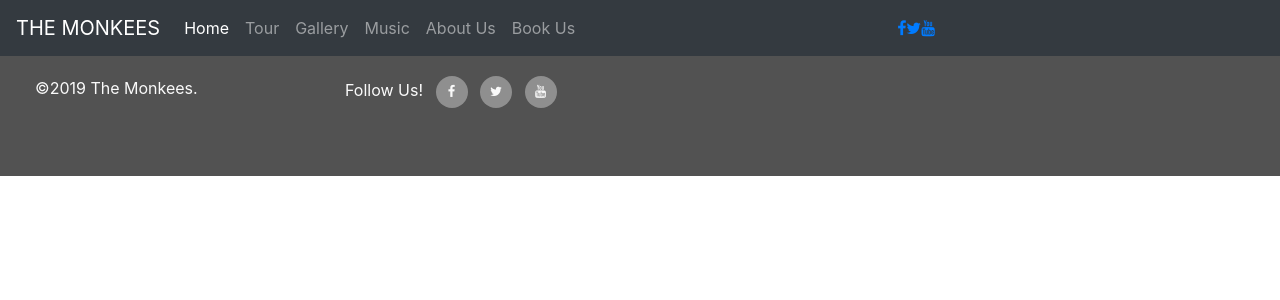
Repository: ClaraBausson/milestone_project_1
Page: index.html
The author's editor kept a record of every edit. The page is drawn from the files as they stood at one moment, then again after the next edit.
The browser window is 1280 px wide. The pictures show the whole page.
Some web libraries are served in a nearby version.

Above is the page before.

### index.html
<!DOCTYPE html>
<html lang="en">

<head>
    <meta charset="UTF-8">
    <meta name="viewport" content="width=device-width, initial-scale=1.0">
    <meta http-equiv="X-UA-Compatible" content="ie=edge">

    <title>The Monkees | Home</title>

    <!-------------------------- CSS links ------------------------------------>
    <script src="https://code.jquery.com/jquery-3.3.1.slim.min.js" integrity="sha384-q8i/X+965DzO0rT7abK41JStQIAqVgRVzpbzo5smXKp4YfRvH+8abtTE1Pi6jizo" crossorigin="anonymous"></script>
    <script src="https://cdnjs.cloudflare.com/ajax/libs/popper.js/1.14.7/umd/popper.min.js" integrity="sha384-UO2eT0CpHqdSJQ6hJty5KVphtPhzWj9WO1clHTMGa3JDZwrnQq4sF86dIHNDz0W1" crossorigin="anonymous"></script>
    <link rel="stylesheet" href="https://stackpath.bootstrapcdn.com/bootstrap/4.3.1/css/bootstrap.min.css" integrity="sha384-ggOyR0iXCbMQv3Xipma34MD+dH/1fQ784/j6cY/iJTQUOhcWr7x9JvoRxT2MZw1T" crossorigin="anonymous">
    <script src="https://stackpath.bootstrapcdn.com/bootstrap/4.3.1/js/bootstrap.min.js" integrity="sha384-JjSmVgyd0p3pXB1rRibZUAYoIIy6OrQ6VrjIEaFf/nJGzIxFDsf4x0xIM+B07jRM" crossorigin="anonymous"></script>

    <link rel="stylesheet" href="https://stackpath.bootstrapcdn.com/font-awesome/4.7.0/css/font-awesome.min.css" type="text/css" />
    <link rel="stylesheet" href="https://cdnjs.cloudflare.com/ajax/libs/hover.css/2.1.1/css/hover-min.css" type="text/css" />
    <link rel="stylesheet" href="css/main.css" type="text/css" />
</head>

<body>
    <!------------------------ NAVBAR/HEADER ---------------------------------->
    <header class="header">

        <nav class="navbar navbar-expand-lg navbar-dark bg-dark">
            <button class="navbar-toggler" type="button" data-toggle="collapse" data-target="#navbarToggler" aria-controls="navbarToggler" aria-expanded="false" aria-label="Toggle navigation"><span class="navbar-toggler-icon"></span></button>
            <a class="navbar-brand uppercase-text header-text" href="#">The Monkees</a>

            <div class="collapse navbar-collapse" id="navbarToggler">
                <ul class="navbar-nav mr-auto mt-2 mt-lg-0">
                    <li class="nav-item active">
                        <a class="nav-link subheader-text" href="#">Home</a>
                    </li>
                    <li class="nav-item">
                        <a class="nav-link subheader-text" href="#">Tour</a>
                    </li>
                    <li class="nav-item">
                        <a class="nav-link subheader-text" href="#">Gallery</a>
                    </li>
                    <li class="nav-item">
                        <a class="nav-link subheader-text" href="#">Music</a>
                    </li>
                    <li class="nav-item">
                        <a class="nav-link subheader-text" href="#">About Us</a>
                    </li>
                    <li class="nav-item">
                        <a class="nav-link subheader-text" href="#">Book Us</a>
                    </li>
                </ul>

                <div class="row mr-auto mt-2 mt-lg-0 social-links-header">
                    <div class="col-xs-4">
                        <a target="_blank" href="#">
                            <i class="fa fa-facebook" aria-hidden="true"></i>
                            <span class="sr-only">Facebook</span>
                        </a>
                    </div>
                    <div class="col-xs-4">
                        <a target="_blank" href="#">
                            <i class="fa fa-twitter" aria-hidden="true"></i>
                            <span class="sr-only">Twitter</span>
                        </a>
                    </div>
                    <div class="col-xs-4">
                        <a target="_blank" href="#">
                            <i class="fa fa-youtube" aria-hidden="true"></i>
                            <span class="sr-only">YouTube</span>
                        </a>
                    </div>
                </div>
            </div>
        </nav>

    </header>

    <!----------------------- CONTENT SECTION --------------------------------->
    <section>

    </section>

    <!--------------------------- FOOTER -------------------------------------->
    <footer class="container-fluid">
        <div id="footer-details" class="row">
            <div class="col-sm-3">
                <p class="inline-block">
                    ©2019 The Monkees.
                </p>
            </div>
            <div class="col-sm-9">
                <ul class="list-inline social-links">
                    <li class="list-inline-item">
                        <p class="inline-block">
                            Follow Us!
                        </p>
                    </li>
                    <li class="list-inline-item">
                        <a target="_blank" href="#">
                            <i class="fa fa-facebook" aria-hidden="true"></i>
                            <span class="sr-only">Facebook</span>
                        </a>
                    </li>
                    <li class="list-inline-item">
                        <a target="_blank" href="#">
                            <i class="fa fa-twitter" aria-hidden="true"></i>
                            <span class="sr-only">Twitter</span>
                        </a>
                    </li>
                    <li class="list-inline-item">
                        <a target="_blank" href="#">
                            <i class="fa fa-youtube" aria-hidden="true"></i>
                            <span class="sr-only">YouTube</span>
                        </a>
                    </li>
                </ul>
            </div>
        </div>
    </footer>
</body>

</html>

### css/main.css
@import url('https://fonts.googleapis.com/css?family=Oswald:300,400,500,600,700|Poppins:300,400,500,600,700,800,900&display=swap&subset=latin-ext');



/*---------------------Special paddings/margins/text--------------------------*/

.no-padding {
    padding: 0;
}

.uppercase-text {
    text-transform: uppercase;
}

.header-text {}

.subheader-text {}

/*----------------------------------Colors------------------------------------*/

/*----------------------------------Header------------------------------------*/

/*-------------------------------Hover effects--------------------------------*/

/*----------------------------------Footer------------------------------------*/

footer {
    background-color: #525252;
    color: #fafafa;
    min-height: 120px;
    margin: 0;
}

.social-links {
    padding-bottom: 15px;
}

.social-links li a i {
    width: 32px;
    height: 32px;
    padding: 12px 0;
    border-radius: 50%;
    font-size: 13px;
    line-height: 7px;
    text-align: center;
    color: #fafafa;
    background: #8f8f8f;
    transition: all 0.35s ease-in-out;
    -moz-transition: all 0.35s ease-in-out;
    -webkit-transition: all 0.35s ease-in-out;
    -o-transition: all 0.35s ease-in-out;
}

.social-links li a i:hover {
    background: #e84610;
}

#footer-details {
    padding: 20px;
}

After the next edit:
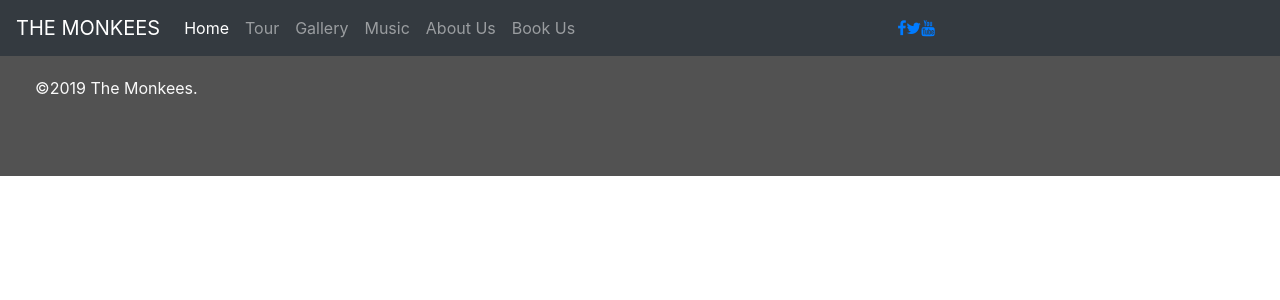
The edit:
--- a/index.html
+++ b/index.html
@@ -87,7 +87,7 @@
                     ©2019 The Monkees.
                 </p>
             </div>
-            <div class="col-sm-9">
+            <div class="col-sm-9 d-none d-block-md">
                 <ul class="list-inline social-links">
                     <li class="list-inline-item">
                         <p class="inline-block">
